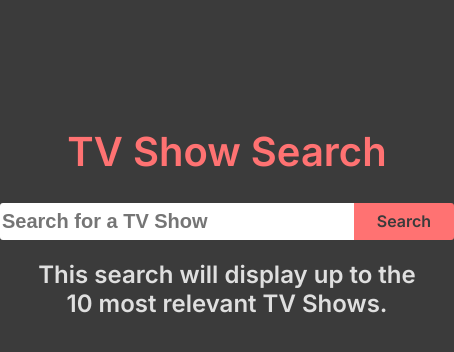
Repository: shayanabedi98/tv-search-react
Page: /
An editor plug-in stored every save of this project. The page is shown before and after the next save, followed by the edit.
The browser window is 375 px wide. The page is 454 px wide, so the pictures cover 454 px, including what lies to the right of the window. The pictures show the whole page.
The project was rebuilt for these pictures with package versions that can differ from the ones it lists, and the page was loaded fresh each time. Also part of the build but not shown: vite.config.js.

Above is the page before, as saved 2024-01-09 15:18:47.

After the next save:
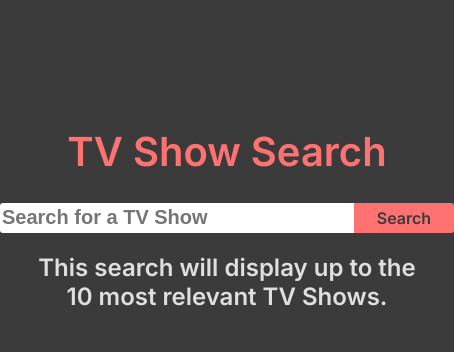
Saved 56 s later.
--- a/src/index.css
+++ b/src/index.css
@@ -108,3 +108,30 @@ body {
     grid-template-columns: 1fr;
   }
 }
+
+@media (max-width: 500px) {
+
+  .search input {
+    border: none;
+    height: 28px;
+    width: 350px;
+    font-size: 20px;
+    outline: none;
+    color: rgb(104, 104, 104);
+    font-weight: 700;
+    border-radius: 3px 0 0 3px;
+  }
+  .search button {
+    height: 30px;
+    padding: 1px 2px;
+    width: 100px;
+    font-family: 'Inter', sans-serif;
+    border: none;
+    background-color: rgb(255, 114, 114);
+    color: rgb(59, 59, 59);;
+    font-size: 16px;
+    border-radius: 0 3px 3px 0;
+    cursor: pointer;
+  }
+
+}
